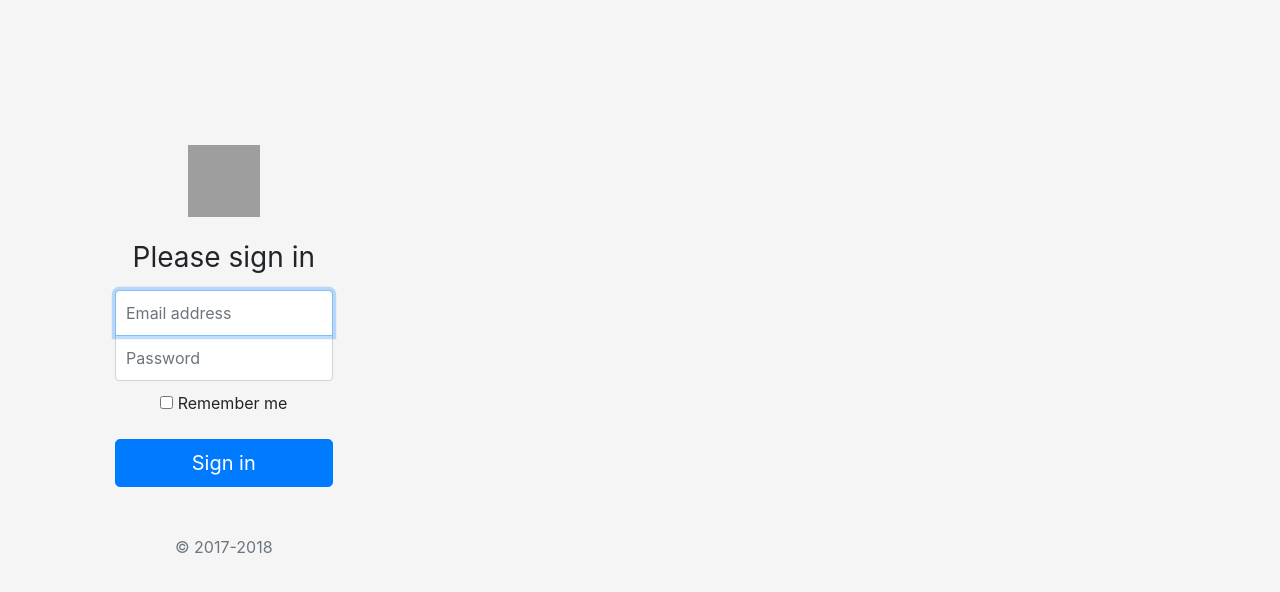
Repository: DonWhelan/Request-Hub
Page: http://localhost/test/test.php
The author's editor kept a record of every edit. The page is drawn from the files as they stood at one moment, then again after the next edit.
The browser window is 1280 px wide. The pictures show the whole page.
Pictures or frames that could not be fetched are drawn as grey boxes. The page is run by PHP 8.4 with error messages shown; the project is at /var/www/html/.

Above is the page before.

After the next edit:
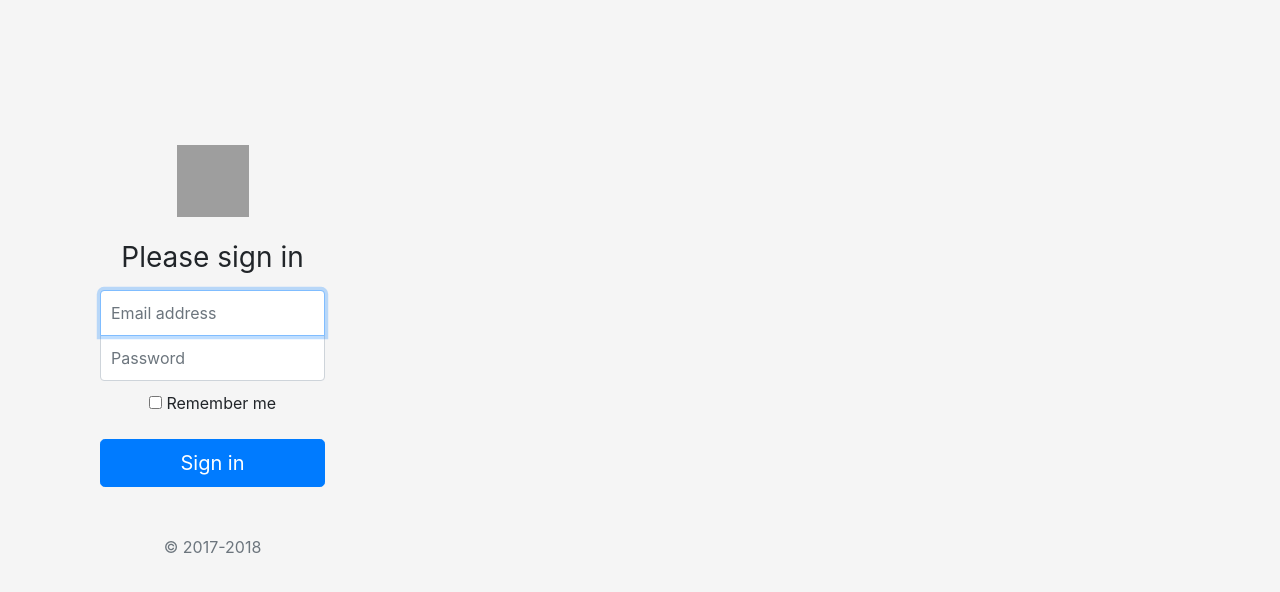
The edit:
--- a/test/test.php
+++ b/test/test.php
@@ -21,8 +21,8 @@
 
         <div class="container">
             <div class="row" >
-                <div class="col-sm-12 col-centered " >
-                        <div class="col-sm-3 col-centered " >
+
+                        <div class="col-sm-3 col-sm-offset-5 " >
       <form class="form-signin">
       <img class="mb-4" src="https://getbootstrap.com/assets/brand/bootstrap-solid.svg" alt="" width="72" height="72">
       <h1 class="h3 mb-3 font-weight-normal">Please sign in</h1>
